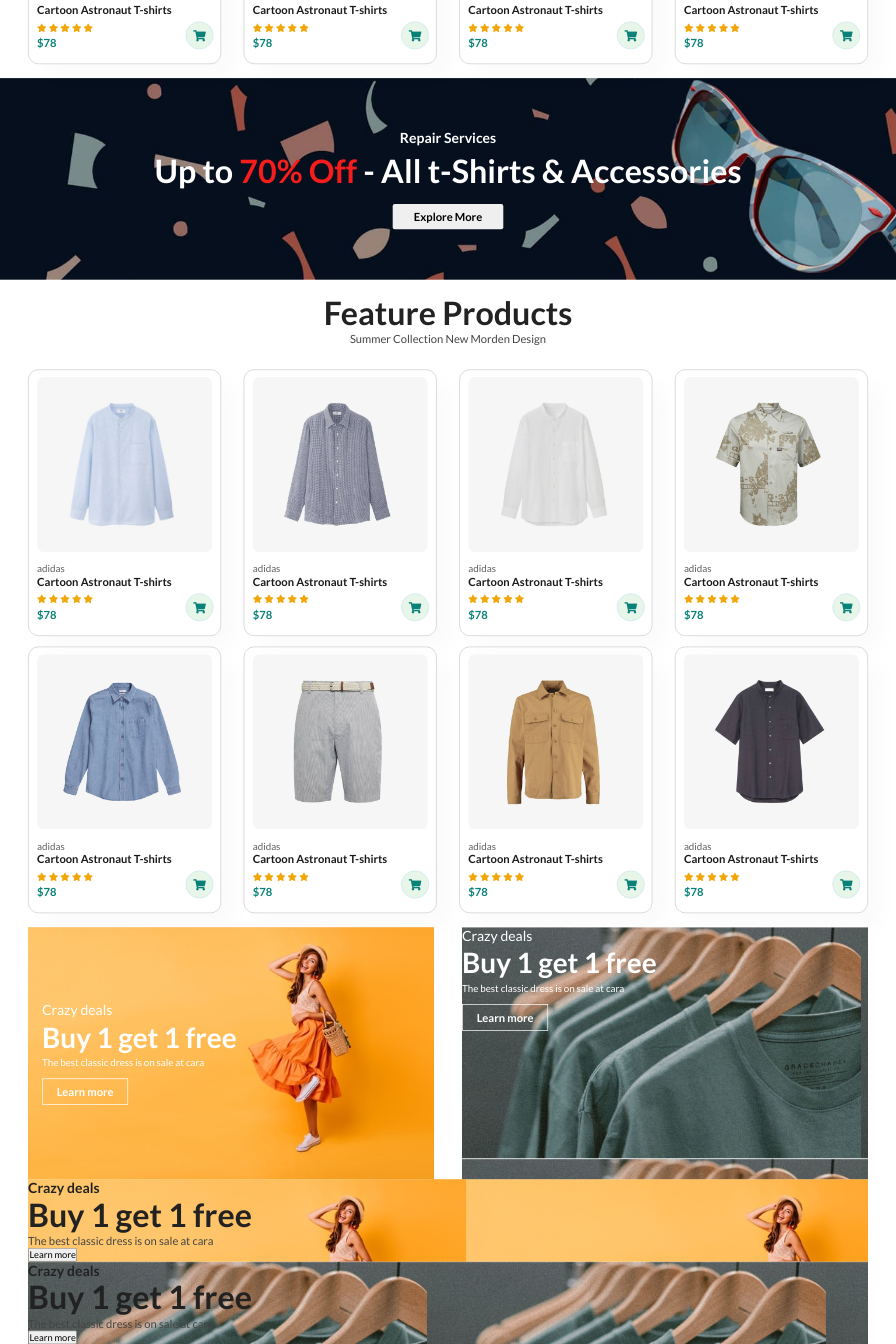
Repository: Nguyenductuan-dev/Website-Clothes
Page: index.html
The author's editor kept a copy of each file at every save. The page is drawn from the files as they stood at one save, then again after a run of saves.
The browser window is 1280 px wide. The pictures show the part of the page from y = 1762 to 3682 px (the page is 3682 px tall), at 70% of full size.

Above is the page before, as saved 2022-05-15 22:45:40.

After the next 2 saves:
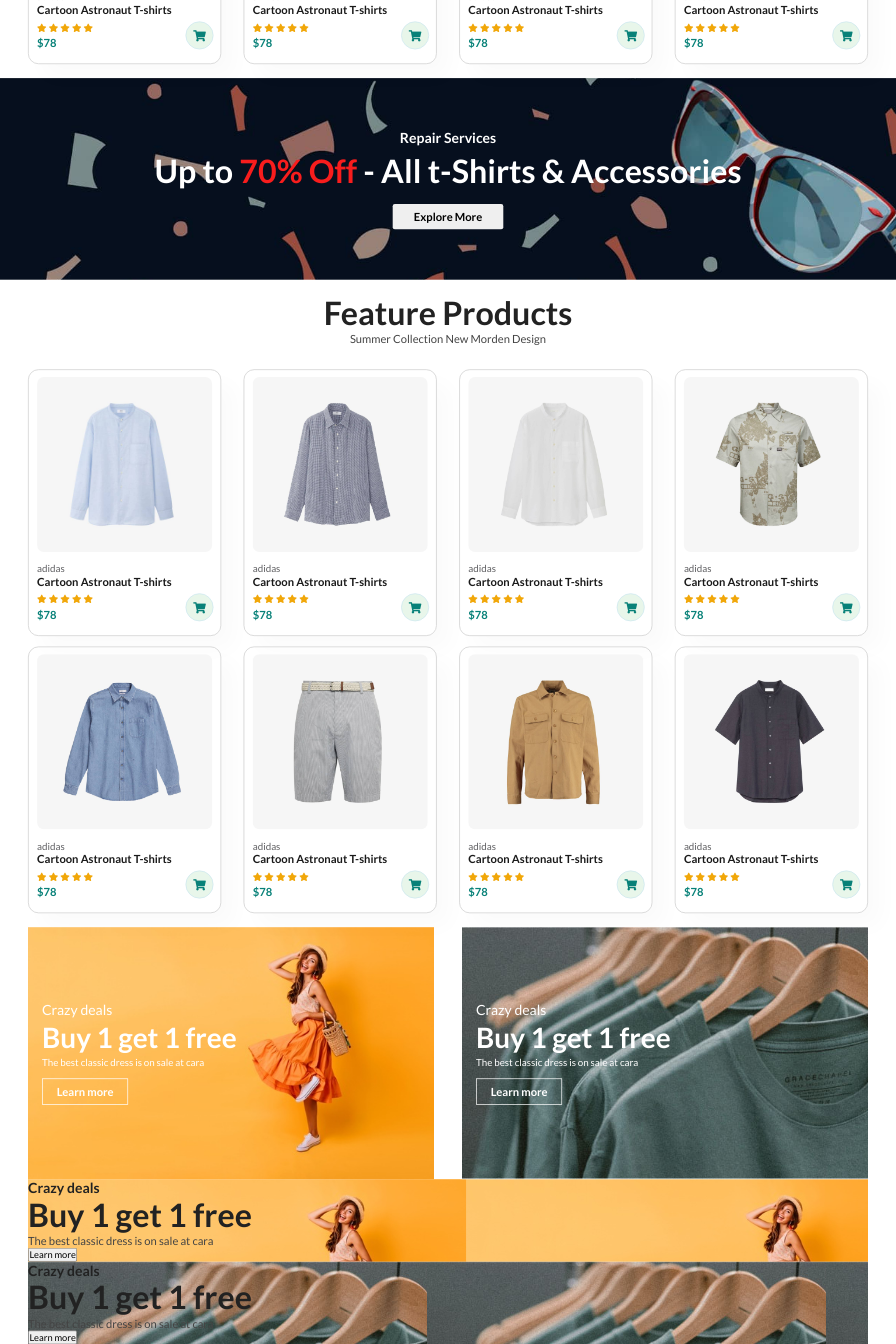
The 2 saves are shown as one change because they came seconds apart.
The last was saved 24 s later.
--- a/index.html
+++ b/index.html
@@ -452,7 +452,7 @@
                     Learn more
                 </button>
             </div>
-            <div class="banner2__box spring-summer">
+            <div class="banner__box spring-summer banner2__box">
                 <h4>Crazy deals</h4>
                 <h2>Buy 1 get 1 free</h2>
                 <p>The best classic dress is on sale at cara</p>
